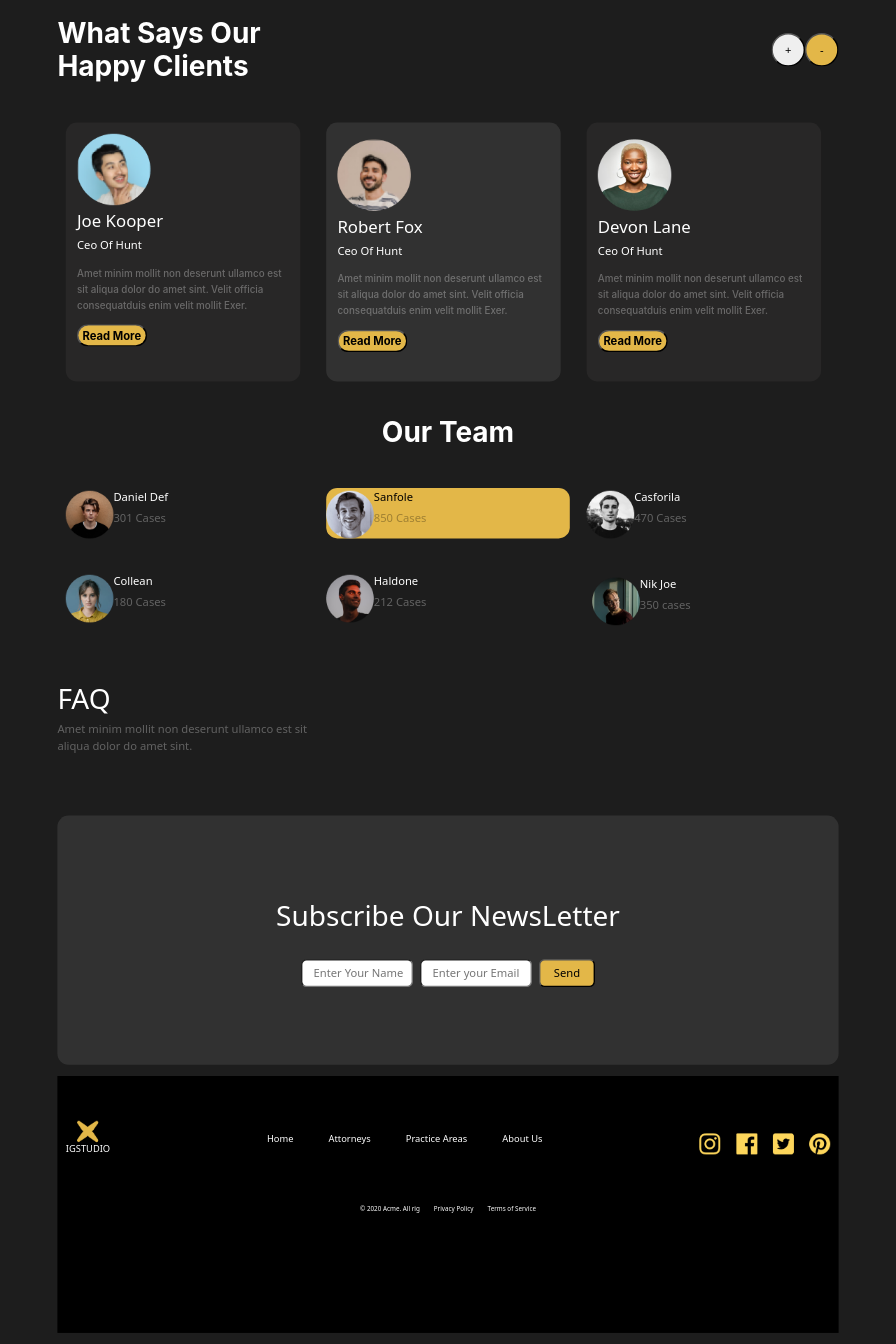
Repository: Senthil-Bala/LawFirm
Page: /
The author's editor kept a copy of each file at every save. The page is drawn from the files as they stood at one save, then again after a run of saves.
The browser window is 1280 px wide. The pictures show the part of the page from y = 2133 to 4053 px (the page is 4053 px tall), at 70% of full size.
The project was rebuilt for these pictures with package versions that can differ from the ones it lists, and the page was loaded fresh each time. Also part of the build but not shown: src/App.css, src/Components/Frequents/Accordionss.css, src/Components/Frequents/Accordionss.jsx.

Above is the page before, as saved 2023-11-29 19:14:36.

After the next 6 saves:
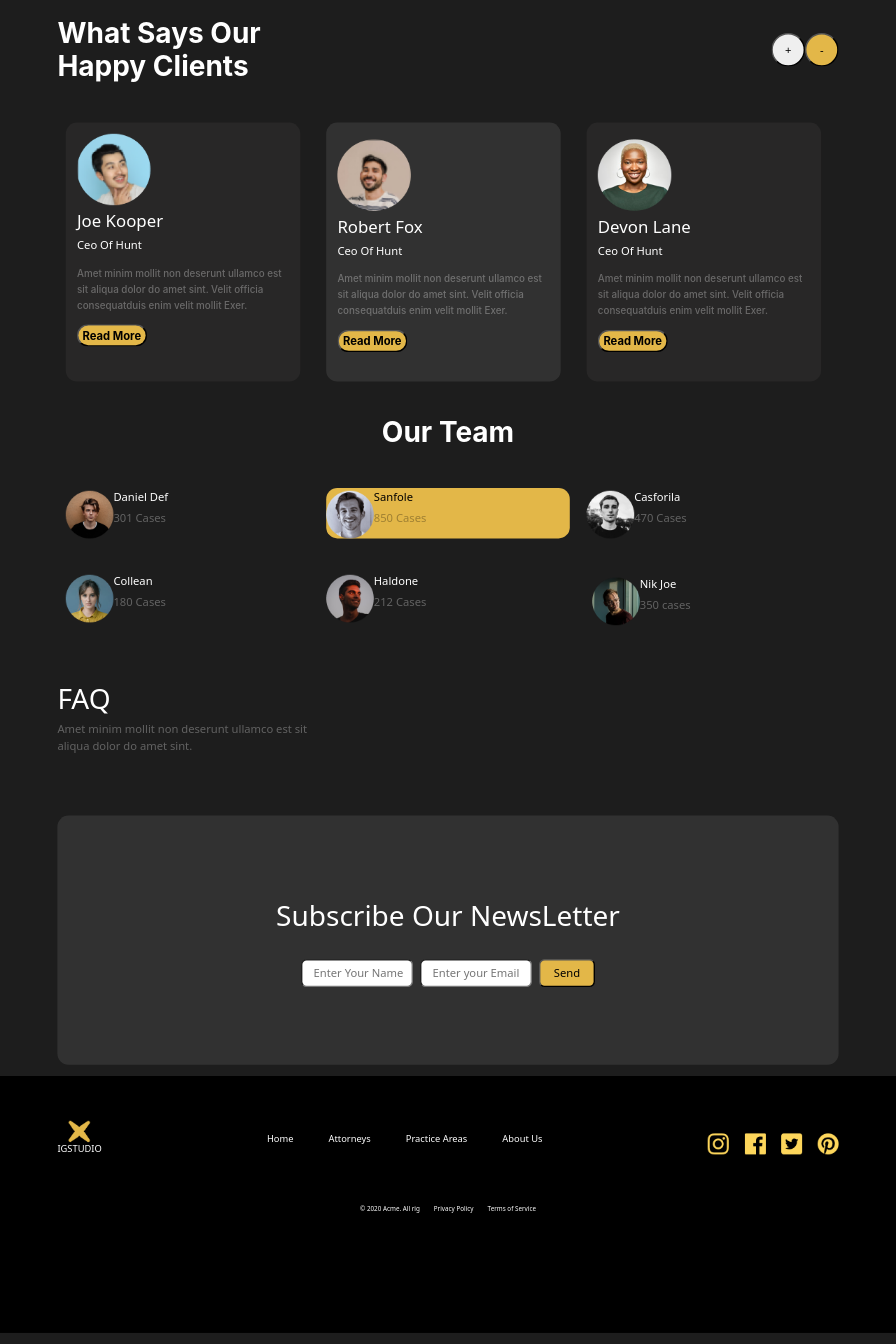
The 6 saves are shown as one change because 2 did not build or start and some came seconds apart.
The last was saved 22 s later.
--- a/src/App.js
+++ b/src/App.js
@@ -13,6 +13,7 @@ import Footer from "./Components/Footers/Footer"
 
 function App() {
   return (
+    <>
     <div className="container">
       <Navbar/>
       <HeroSection/>
@@ -23,8 +24,10 @@ function App() {
       <Team/>
       <Faq/>
       <Subscribe/>
-      <Footer/>
+
     </div>
+    <Footer/>
+    </>
   );
 }
 
